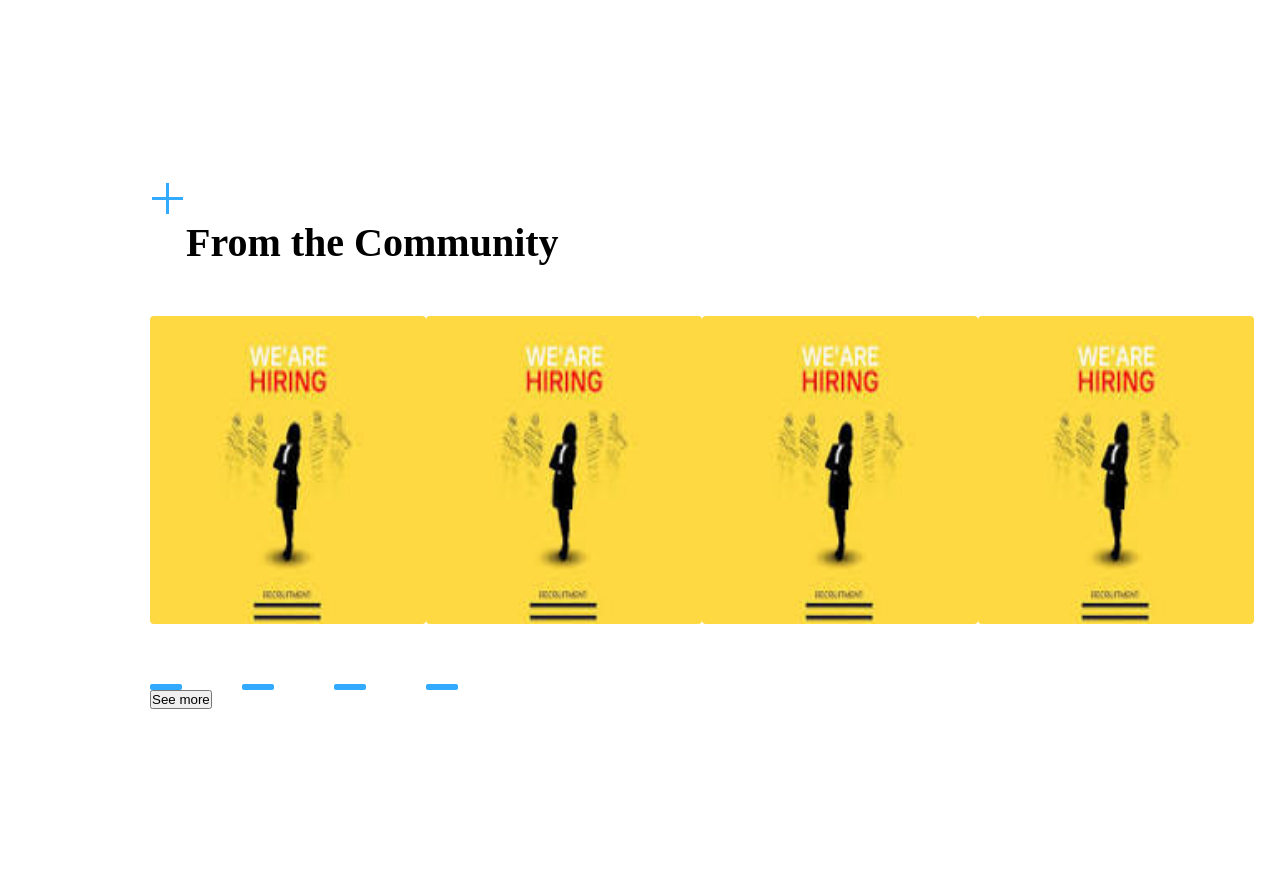
Repository: shekharyadav638/OSL_Assignment_1
Page: index.html
An editor plug-in stored every save of this project. The page is shown before and after the next save, followed by the edit.
The browser window is 1280 px wide. The pictures show the whole page.
The style sheet was rebuilt from its Sass, Less or Tailwind sources for each picture, by a compiler version that may differ from the author's.

Above is the page before, as saved 2024-07-13 15:35:09.

After the next save:
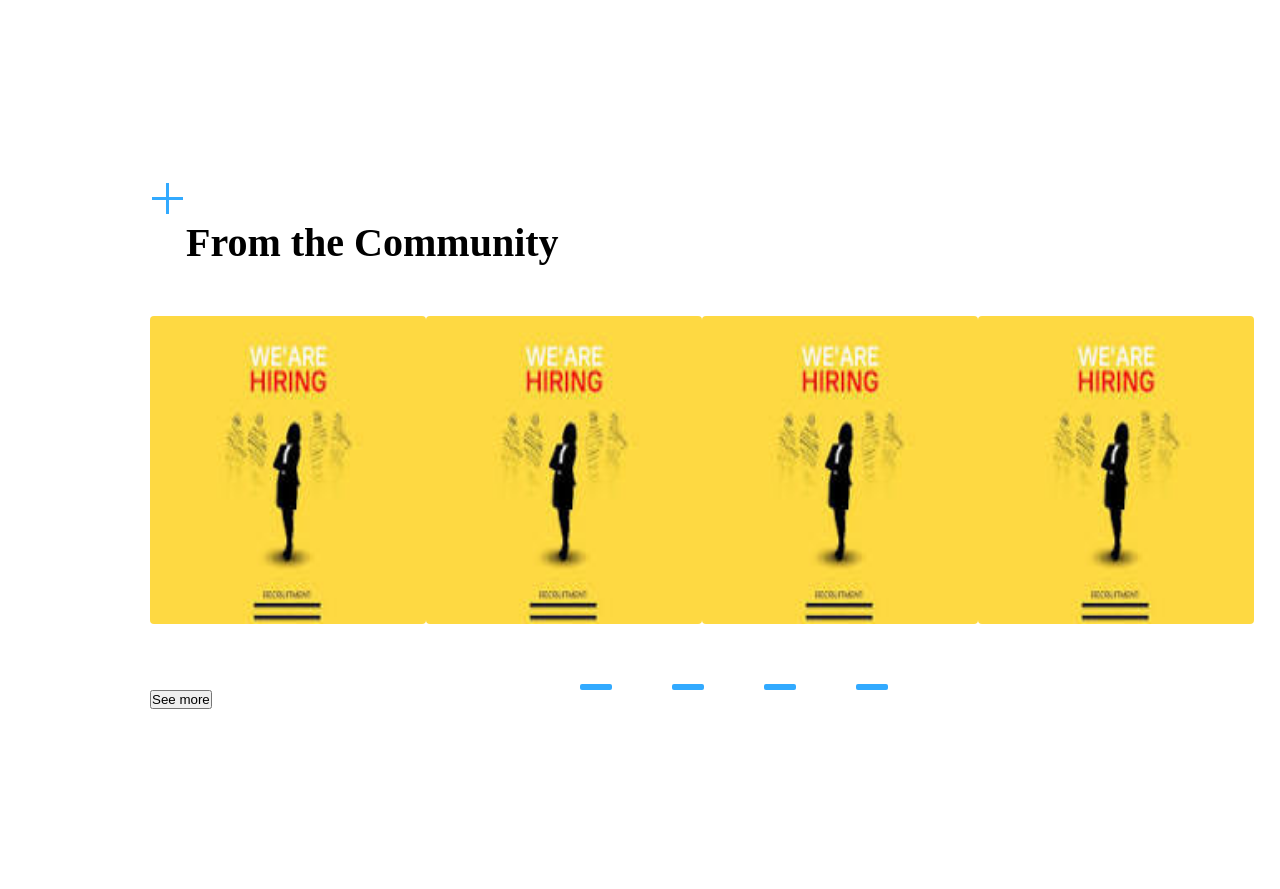
Saved 24 s later.
--- a/_hiring.scss
+++ b/_hiring.scss
@@ -41,7 +41,7 @@
     &_slide {
       display: flex;
       gap: 60px;
-      align-items: center;
+      margin-left: 430px;
       &_1 {
         width: 32px;
         height: 6px;
